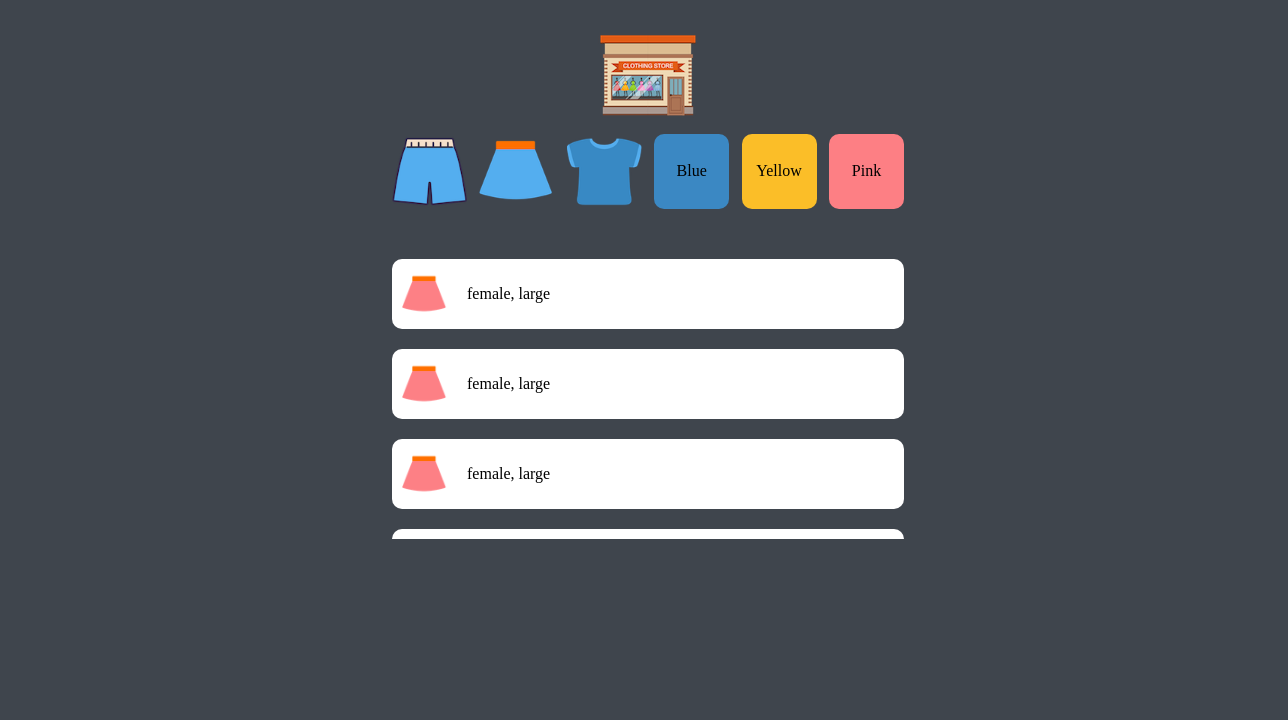
Repository: Jay-JYKim91/elle-shopping-mall
Page: index.html
The author's editor kept a copy of each file at every save. The page is drawn from the files as they stood at one save, then again after the next save.
The browser window is 1280 px wide. The page is 1288 px wide, so the pictures cover 1288 px, including what lies to the right of the window. The pictures show the whole page.
An inner scrolling area shows only its first screen.

Above is the page before, as saved 2021-07-26 19:45:09.

After the next save:
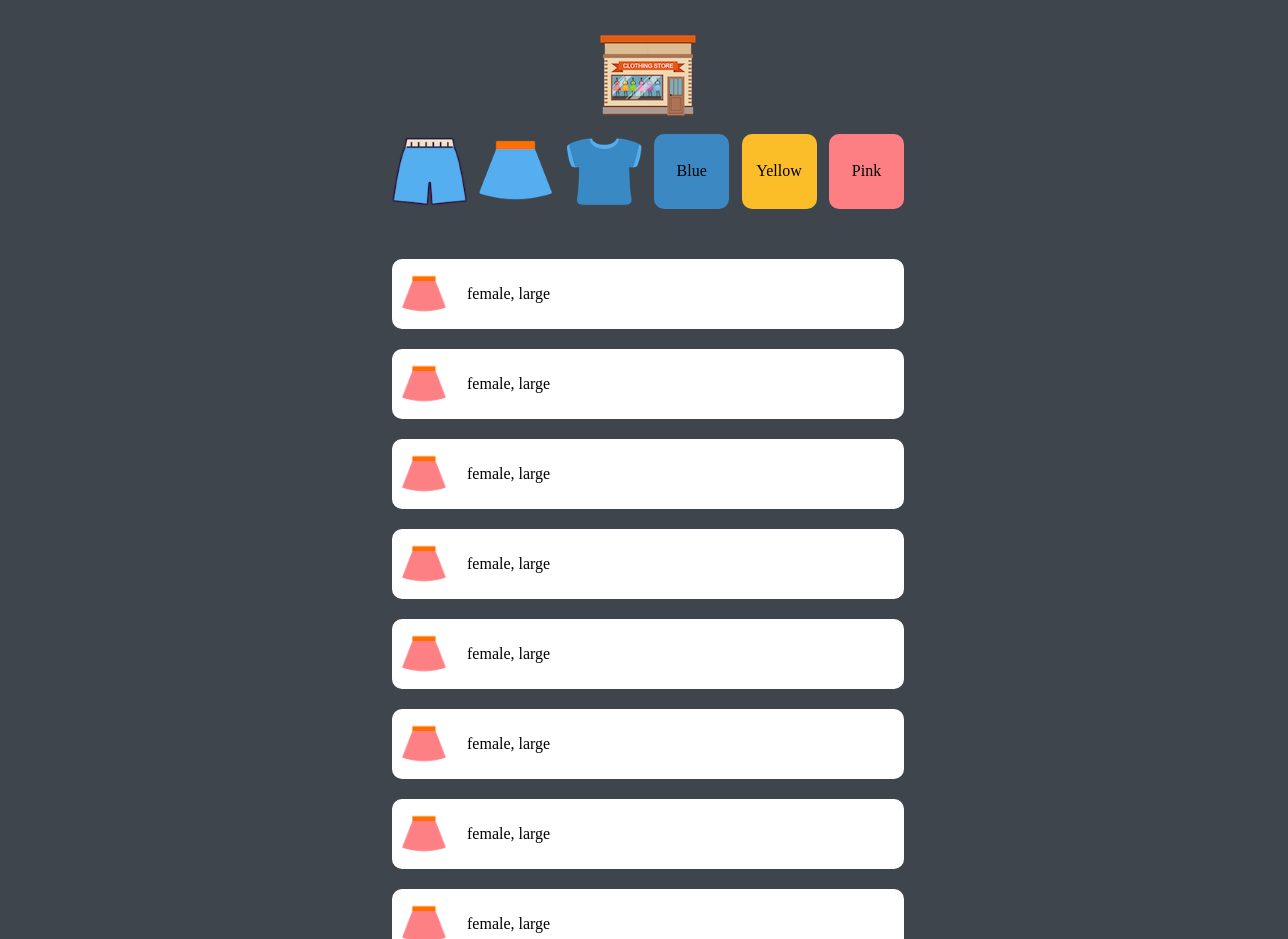
Saved 6 s later.
--- a/style.css
+++ b/style.css
@@ -49,7 +49,7 @@ body {
   background-color: var(--color-pink);
 }
 .lists {
-  height: 300px;
+  height: 700px;
   overflow-y: scroll;
   padding: 0;
   margin-top: 30px;
